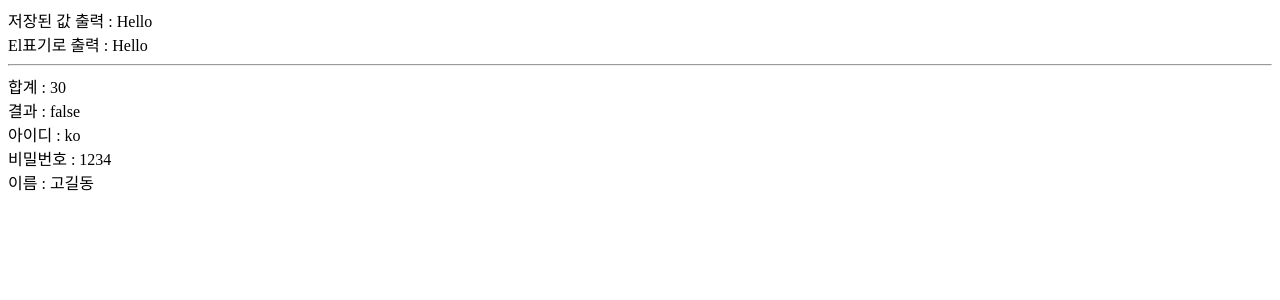
Repository: YooMyeongSeon/JSP_Servlet_Study
Page: http://localhost/web07/Ex_10.jsp
An editor plug-in stored every save of this project. The page is shown before and after the next save, followed by the edit.
The browser window is 1280 px wide. The pictures show the whole page.
The page is served by Tomcat 9.

Above is the page before, as saved 2022-06-10 03:55:24.

### web07/WebContent/Ex_10.jsp
<%@ page language="java" contentType="text/html; charset=UTF-8"
    pageEncoding="UTF-8"%>
<%@ taglib prefix="c" uri="http://java.sun.com/jsp/jstl/core" %>
<!DOCTYPE html>
<html>
<head>
<meta charset="UTF-8">
<title>Insert title here</title>
</head>
<body>
	<c:set var="str" value="Hello" scope="request"/>
	저장된 값 출력 : <%=request.getAttribute("str").toString() %><br>
	El표기로 출력 : ${ str }<br>
	<hr>
	<c:set var="str2" value="${ str }" scope="request"/>
	<c:set var="add" value="${ 10+20 }" scope="request"/>
	합계 : ${ add }<br>
	<c:set var="bool" value="${ 10>20 }" scope="request"/>
	결과 : ${ bool }<br>
	<c:set var="m1" value="<%= new com.green.beans.Member() %>" scope="request"/>
	<c:set target="${ m1 }" property="userId" value="ko"/>
	<c:set target="${ m1 }" property="userPw" value="1234"/>
	<c:set target="${ m1 }" property="userName">
		고길동
	</c:set>
	아이디 : ${ m1.userId }<br>
	비밀번호 : ${ m1.userPw }<br>
	이름 : ${ m1.userName }<br>
</body>
</html>

### web07/src/com/green/beans/Member.java
package com.green.beans;

public class Member {
	private String userId;
	private String userPw;
	private String userName;

	public String getUserId() {
		return userId;
	}
	public void setUserId(String userId) {
		this.userId = userId;
	}
	public String getUserPw() {
		return userPw;
	}
	public void setUserPw(String userPw) {
		this.userPw = userPw;
	}
	public String getUserName() {
		return userName;
	}
	public void setUserName(String userName) {
		this.userName = userName;
	}
}

After the next save:
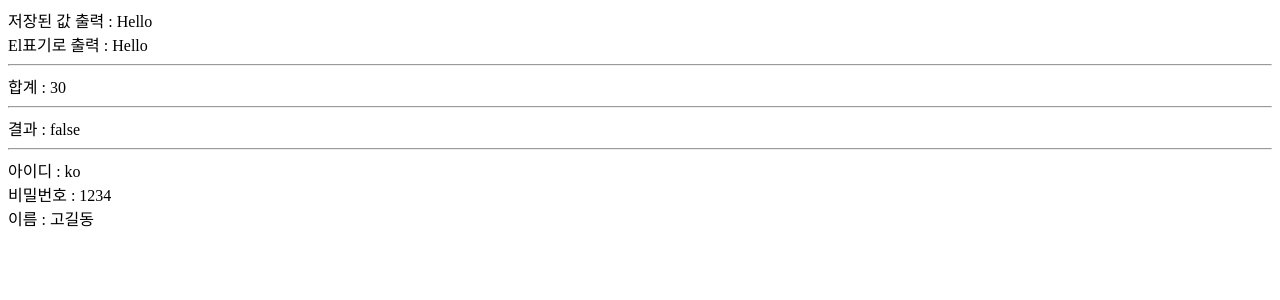
Saved 18 s later.
--- a/web07/WebContent/Ex_10.jsp
+++ b/web07/WebContent/Ex_10.jsp
@@ -14,9 +14,11 @@
 	<hr>
 	<c:set var="str2" value="${ str }" scope="request"/>
 	<c:set var="add" value="${ 10+20 }" scope="request"/>
-	합계 : ${ add }<br>
+	합계 : ${ add }
+	<hr>
 	<c:set var="bool" value="${ 10>20 }" scope="request"/>
-	결과 : ${ bool }<br>
+	결과 : ${ bool }
+	<hr>
 	<c:set var="m1" value="<%= new com.green.beans.Member() %>" scope="request"/>
 	<c:set target="${ m1 }" property="userId" value="ko"/>
 	<c:set target="${ m1 }" property="userPw" value="1234"/>
